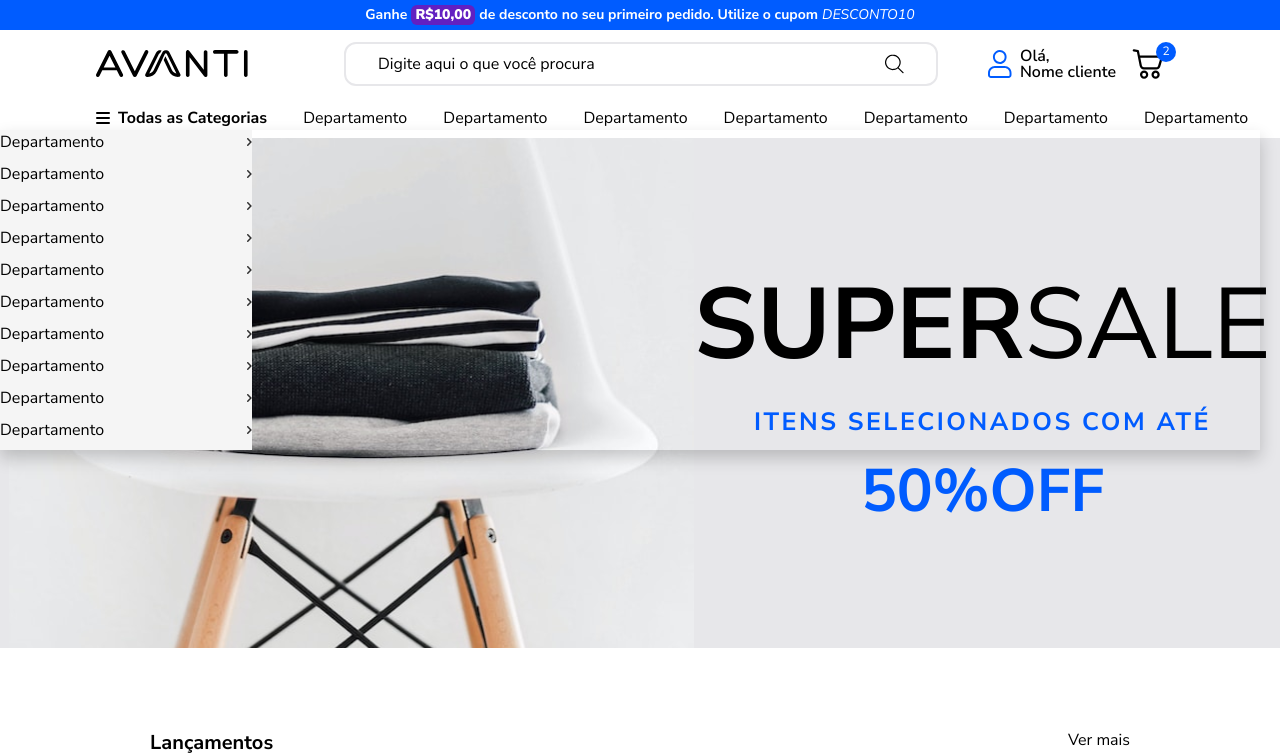
Repository: chidekina/avanti-01
Page: index.html
The author's editor kept a copy of each file at every save. The page is drawn from the files as they stood at one save, then again after a run of saves.
The browser window is 1280 px wide. The pictures show the part of the page from y = 0 to 754 px (the page is 4120 px tall).
A picture or video elsewhere on the page could not be fetched, so the positions and the page height are approximate.

Above is the page before, as saved 2025-04-11 20:02:24.

### index.html
<!DOCTYPE html>
<html lang="en">
  <head>
    <meta charset="UTF-8" />
    <meta name="viewport" content="width=device-width, initial-scale=1.0" />
    <script src="https://cdn.jsdelivr.net/npm/@tailwindcss/browser@4"></script>
    <link rel="preconnect" href="https://fonts.googleapis.com" />
    <link rel="preconnect" href="https://fonts.gstatic.com" crossorigin />
    <link href="https://fonts.googleapis.com/css2?family=Nunito+Sans:ital,opsz,wght@0,6..12,200..1000;1,6..12,200..1000&family=Nunito:ital,wght@0,200..1000;1,200..1000&display=swap" rel="stylesheet" />
    <title>Avanti</title>
    <link rel="icon" type="image" href="./assets/avanti-icon.svg" />
    <link rel="stylesheet" href="style.css" />
    <link rel="stylesheet" href="https://cdn.jsdelivr.net/npm/swiper/swiper-bundle.min.css">
  </head>
  <body>
    <header class="mb-2">
      <h1 class="flex justify-center items-center bg-(--primary-color) text-white text-sm h-[30px] font-bold">
        Ganhe
        <b class="flex justify-center mx-1 bg-(--secondary-color) heigth-[16px] w-[64px] rounded-md">R$10,00</b>
        de desconto no seu primeiro pedido. Utilize o cupom
        <i class="font-normal ml-1">DESCONTO10</i>
      </h1>
      <div class="mt-3 mb-5 px-24 flex justify-between w-full">
        <div class="flex gap-24">
          <img src="./assets/logo.svg" alt="Avanti Logo" class="w-[152px]" />
          <label>
            <div class="flex justify-between py-2 border-2 border-solid border-(--bg-color) px-8 rounded-xl cursor-text w-[594px]">
              <input type="text" placeholder="Digite aqui o que você procura" class="placeholder-black outline-none focus:placeholder-transparent w-1/2" />
              <img src="./assets/search.svg" />
            </div>
          </label>
        </div>
        <div class="flex gap-4">
          <div class="flex gap-2 items-center">
            <img src="./assets/user.svg" alt="icone do usuario" class="w-[24px]" />
            <h6 class="leading-none font-semibold">
              Olá,<br />
              Nome cliente
            </h6>
          </div>
          <div class="flex">
            <img src="./assets/cart.svg" alt="imagem de um carrinho de compras" class="w-[32px]" />
            <div class="relative bg-(--primary-color) w-[20px] h-[20px] text-center text-white text-[12px] rounded-full right-2">2</div>
          </div>
        </div>
      </div>
      <div class="flex px-24 w-full">
        <ul class="flex gap-9">
          <li>
          <a href="#">
            <div class="flex gap-2 w-max">
              <img src="./assets/menu-hamburger.svg" alt="menu hamburguer" />
              <h5 class="font-bold" id="menu-button w-fit">Todas as Categorias</h5>
            </div>
          </a>
        </li>
        <li>
          <a href="#"> Departamento </a>
        </li>
        <li>
          <a href="#"> Departamento </a>
        </li>
        <li>
          <a href="#"> Departamento </a>
        </li>
        <li>
          <a href="#"> Departamento </a>
        </li>
        <li>
          <a href="#"> Departamento </a>
        </li>
        <li>
          <a href="#"> Departamento </a>
        </li>
        <li>
          <a href="#"> Departamento </a>
        </li>
        </ul>
      </div>
      <div class="flex w-[1260px] h-[320px]" id="dropdown-content">
        <ul class="flex flex-col gap-2 bg-(--bg-lighter) overflow-y-scroll w-1/5" id="categories-list">
        </ul>
      </div>
    </header>
    <main>
      <section class="flex justify-center items-center w-full height-[510px] bg-(--bg-color) font-(--font-secondary)">
        <img src="./assets/chair.svg" alt="Foto de uma cadeira com roupas dobradas em cima" />
        <div class="flex flex-col gap-1 text-center">
          <h1 class="text-[100px]"><b>SUPER</b>SALE</h1>
          <h4 class="text-[25px] text-(--primary-color) font-bold tracking-widest">ITENS SELECIONADOS COM ATÉ</h4>
          <h4 class="text-[60px] text-(--primary-color) font-bold">50%OFF</h4>
        </div>
      </section>
<carousel-section></carousel-section>
      </section>
  <description-section></description-section>
  <section class="flex w-full bg-(--bg-light) px-[200px] py-[42px] font-(--font-secondary) my-[40px]">
    <div class="text-center text-(--text-color) w-1/2 mr-5">
      <h1 class="text-[30px] font-bold mb-10">
        Lorem ipsum
      </h1>
      <ul class="flex flex-col text-start gap-15">
        <li class="flex gap-6">
          <img src="./assets/pin.svg">
          <p>
            Aenean massa. Cum sociis natoque penatibus et magnis dis parturient montes, nascetur ridiculus mus. Donec quam felis, ultricies nec, pellentesque eu, pretium quis, sem.
          </p>
        </li>
        <li class="flex gap-6">
          <img src="./assets/pin.svg">
          <p>
            Aenean massa. Cum sociis natoque penatibus et magnis dis parturient montes, nascetur ridiculus mus. Donec quam felis, ultricies nec, pellentesque eu, pretium quis, sem.
          </p>
        </li>
        <li class="flex gap-6">
          <img src="./assets/pin.svg">
          <p>
            Aenean massa. Cum sociis natoque penatibus et magnis dis parturient montes, nascetur ridiculus mus. Donec quam felis, ultricies nec, pellentesque eu, pretium quis, sem.
          </p>
        </li>
      </ul>
    </div>
    <img src="./assets/banner.svg" alt="Foto da caneca da Avanti sobre uma tabua de vegetais" class="w-1/2">
  </section>
  <section>
  <description-section></description-section>
  <carousel-section></carousel-section>

  </section>
  <section>
    <img src="./assets/banner2.svg" alt="Foto da entrada da loja da Avanti" />
    <div class="absolute h-[126px] bg-(--primary-color) w-full bottom-[-3080px] text-white text-[30px] font-(--font-secondary)">
      <h1 class="flex justify-center h-full items-center">Entre em contato conosco e verifique a disponibilidade para sua região!</h1>
    </div>
  </section>
  <section class="flex flex-col my-[50px] gap-6 items-center">
    <h2 class="font-bold text-center text-[20px]">
      Cadastre-se na nossa <b class="text-(--primary-color)">newsletter</b>
    </h2>
    <div class="flex w-[1260px] h-[170px] items-center justify-center bg-(--bg-light) rounded-lg gap-6">
      <input type="text" placeholder="Digite seu nome" class="outline-none rounded-lg bg-white placeholder:text-black w-[260px] h-[48px] focus:placeholder-transparent pl-4"/>
      <input type="text" placeholder="Digite seu e-mail" class="outline-none rounded-lg bg-white placeholder:text-black w-[260px] h-[48px] focus:placeholder-transparent pl-4"/>
      <div class="flex gap-1">
      <input type="checkbox" />
      <h5 class="text-[#656565] text-[12px] font-bold">Estou de acordo com a <a href="#" class="underline">Política de Privacidade</a></h5>
    </div>
    </div>
  </section>
  <section class="text-center px-[200px] py-[64px] bg-(--bg-lighter)">
    <div class="flex justify-around mb-10">
    <div class="flex flex-col gap-5">
      <img src="./assets/logo.svg" alt="Logo Avanti" />
      <ul class="flex gap-5 justify-around items-center">
        <li>
          <a href="#">
            <img src="./assets/social-links/instagram.svg" alt="Logo do instagram" />
          </a>
        </li>
        <li>
          <a href="#">
            <img src="./assets/social-links/facebook.svg" alt="Logo do instagram" />
          </a>
        </li>
        <li>
          <a href="#">
            <img src="./assets/social-links/youtube.svg" alt="Logo do instagram" />
          </a>
        </li>
        <li>
          <a href="#">
            <img src="./assets/social-links/tiktok.svg" alt="Logo do instagram" />
          </a>
        </li>
      </ul>
    </div>
    <ul class="flex flex-col gap-4">
      <li class="font-bold">
        <a href="">
          Institucional
        </a>
      </li>
      <li>
        <a href="">
          Sobre Nós
        </a>
      </li>
      <li>
        <a href="">
          Nossas lojas
        </a>
      </li>
      <li>
        <a href="">
          Privacidade e Segurança
        </a>
      </li>
      <li>
        <a href="">
          Termos e condições
        </a>
      </li>
    </ul>
    <ul class="flex flex-col gap-4">
      <li class="font-bold">
        <a href="">
          Central de ajuda
        </a>
      </li>
      <li>
        <a href="">
          Fale Conosco
        </a>
      </li>
      <li>
        <a href="">
          Frete e Entrega
        </a>
      </li>
      <li>
        <a href="">
          Trocas e Devoluções
        </a>
      </li>
      <li>
        <a href="">
          Formas de Pagamento
        </a>
      </li>
      <li>
        <a href="">
          FAQ
        </a>
      </li>
    </ul>
    <ul class="flex flex-col gap-4">
      <li class="font-bold">
          Atendimento
      </li>
      <li>
         <b>Telefone:</b> (00) 1234-5678
      </li>
      <li>
        <b>E-mail:</b> exemplo@exemplo.com.br
      </li>
      <li>
        <b>Horário de atendimento:</b><br>
          Segunda a Sábado: 07h00 às 23h00<br>
          Domingos e Feriados:  07h00 às 21h00
      </li>
    </ul>
  </div>
<div>
<ul class="flex gap-10 justify-center">
  <li>
    <img src="./assets/payments/amex.svg" alt="Logo Amex" />
  </li>
  <li>
    <img src="./assets/payments/mastercard.svg" alt="Logo Mastercard" />
  </li>
  <li>
    <img src="./assets/payments/visa.svg" alt="Logo Visa" />
  </li>
  <li>
    <img src="./assets/payments/hipercard.svg" alt="Logo Hipercard" />
  </li>
  <li>
    <img src="./assets/payments/elo.svg" alt="Logo Elo" />
  </li>
  <li>
    <img src="./assets/payments/dinners.svg" alt="Logo Dinners" />
  </li>
  <li>
    <img src="./assets/payments/paypal.svg" alt="Logo Paypal" />
  </li>
  <li>
    <img src="./assets/payments/pix.svg" alt="Logo Pix" />
  </li>
  <li>
    <img src="./assets/payments/boleto.svg" alt="Logo Boleto" />
  </li>
</ul>
</div>
  </section>
    </main>
    <footer class="flex flex-col gap-5 my-10">
      <div class="flex flex-col text-center justify-center items-center">
        <p class="w-[1000px] text-[12px]">
          Lorem ipsum dolor sit amet, consectetuer adipiscing elit, sed diam nonummy nibh euismod tincidunt ut laoreet dolore magna aliquam erat volutpat. Ut wisi enim ad minim veniam, quis nostrud exerci tation ullamcorper suscipit lobortis nisl ut aliquip ex ea commodo consequat. Duis autem vel eum iriure dolor in hendrerit in vulputate velit esse molestie consequat, vel illum dolore eu feugiat nulla facilisis at vero eros et accumsan et iusto odio dignissim qui blandit praesent luptatum zzril delenit augue duis dolore te feugait nulla facilisi.
        </p>
      </div>
        <ul class="flex justify-center gap-10">
          <li>
            <img src="./assets/logos/encrypt-logo.svg" alt="Logo da Lets Encrypt">
          </li>
          <li>
            <img src="./assets/logos/vtex-pci-logo.svg" alt="Logo da VTEX e da PCI certified">
          </li>
          <li>
            <img src="./assets/logo.svg" alt="Logo da Avanti">
          </li>
          <li>
            <img src="./assets/logos/vtex-logo.svg" alt="Logo da VTEX">
          </li>
        </ul>
      </footer>
    <script src="https://cdn.jsdelivr.net/npm/swiper/swiper-bundle.min.js"></script>
    <script src="app.js"></script>
  </body>
</html>

### style.css
:root {
    font-family: "Nunito Sans", sans-serif;
    --primary-color: #005CFF;
    --secondary-color: #6220C1;
    --text-color: #4F4F4F;
    --bg-color: #E7E7EA;
    --bg-dark: #C2C2C2;
    --bg-light: #DEDEDE;
    --bg-lighter: #F5F5F5;
    --font-secondary: "Nunito", sans-serif;
}

#dropdown-content {
    position: absolute;
    z-index: 1;
    box-shadow: 0px 8px 16px 0px rgba(0,0,0,0.2);
}

### app.js
class Carousel extends HTMLElement {
    constructor() {
      super();
    }

    connectedCallback() {
      this.render();
      this.initSlides();
      this.initSwiper();
    }

    render() {
      this.innerHTML = `
        <section class="py-[80px] px-[150px]">
          <div>
            <div class="flex justify-between mb-4">
              <h3 class="font-bold text-[20px]">Lançamentos</h3>
              <h4>Ver mais</h4>
            </div>
            <div class="swiper">
              <div class="swiper-container">
                <ul class="swiper-wrapper" id="swiper-wrapper"></ul>
                <div class="swiper-button-next"></div>
                <div class="swiper-button-prev"></div>
                <div class="swiper-pagination"></div>
              </div>
            </div>
          </div>
        </section>
      `;
    }

    initSlides() {
      const swiperWrapper = this.querySelector("#swiper-wrapper");

      for (let i = 1; i <= 15; i++) {
        const slide = `
          <li class="swiper-slide border border-[#DDDDDD] py-1 px-1 rounded-md" style="min-width: 200px;">
            <div class="absolute">
              <h6 class="flex justify-center items-center bg-[#00264E] text-white text-[10px] w-[42px] h-[20px] rounded-sm">
                NOVO
              </h6>
            </div>
            <img src="./assets/model.svg" alt="Modelo ${i}" />
            <div class="mt-2">
              <h3 class="text-[#303030] text-[12px] mb-1 leading-none">
                Produto ${i} - Nome do Produto
              </h3>
            </div>
            <div class="flex gap-1">
              <div>
                <h4 class="text-[#303030] text-[10px] line-through leading-none">R$ 100,00</h4>
                <h4 class="text-[14px] font-bold tracking-tight">R$ 79,90</h4>
              </div>
              <div class="flex justify-center items-center bg-[#5EC0BE] text-white underline text-[8px] w-[52px] h-[16px] rounded-sm tracking-tight">
                10% OFF
              </div>
            </div>
            <h6 class="text-[10px]">Ou em até <b>10x de R$ 7,90</b></h6>
            <button class="w-full bg-[#00264E] text-white rounded-md text-[12px] h-[30px]">
              Comprar
            </button>
          </li>
        `;
        swiperWrapper.insertAdjacentHTML("beforeend", slide);
      }
    }

    initSwiper() {
      new Swiper(this.querySelector(".swiper-container"), {
        slidesPerView: 5,
        spaceBetween: 10,
        navigation: {
          nextEl: this.querySelector(".swiper-button-next"),
          prevEl: this.querySelector(".swiper-button-prev"),
        },
        pagination: {
          el: this.querySelector(".swiper-pagination"),
          clickable: true,
        },
      });
    }
  }

  customElements.define("carousel-section", Carousel);

class Description extends HTMLElement {
  connectedCallback() {
    this.innerHTML = `
     <section class="flex px-[200px] gap-5 items-center">
        <div class="flex bg-(--bg-dark) justify-center items-center">
            <img src="./assets/mug.svg" alt="Foto de uma caneca da Avanti" />
        </div>
        <div class="font-(--font-secondary) w-1/2">
            <h1 class="font-bold text-[30px]">
          Lorem Ipsum
            </h1>
            <p class="text-[12px]">
                Duis consectetur metus nec lacus auctor dignissim. Mauris vitae finibus dui. Mauris laoreet lacus ut eleifend viverra. Cras efficitur volutpat dui, in lobortis metus lacinia sit amet. Sed lacinia pharetra magna, vel pulvinar ligula hendrerit a. Maecenas fringilla porttitor tortor eget lacinia. Donec sollicitudin euismod orci, auctor fringilla magna consequat interdum. Fusce sagittis elit a libero commodo egestas efficitur id augue.<br></br>
                Duis consectetur metus nec lacus auctor dignissim. Mauris vitae finibus dui. Mauris laoreet lacus ut eleifend viverra. Cras efficitur volutpat dui, in lobortis metus lacinia sit amet. Sed lacinia pharetra magna, vel pulvinar ligula hendrerit a. Maecenas fringilla porttitor tortor eget lacinia. Donec sollicitudin euismod orci, auctor fringilla magna consequat interdum. Fusce sagittis elit a libero commodo egestas efficitur id augue.
            </p>
        </div>
        </section>
        `;
  }
};

customElements.define("description-section", Description);

const categories = document.getElementById('categories-list'); // Removed the '#' symbol

for (let i = 1; i <= 15; i++) {
  const li = document.createElement('li');
  li.className = 'flex justify-between';
  li.innerHTML = `
    <p>Departamento</p>
    <img src="./assets/arrow.svg" alt="imagem de flecha" />
  `;
  categories.appendChild(li); // Append instead of overwriting
}

After the next 3 saves:
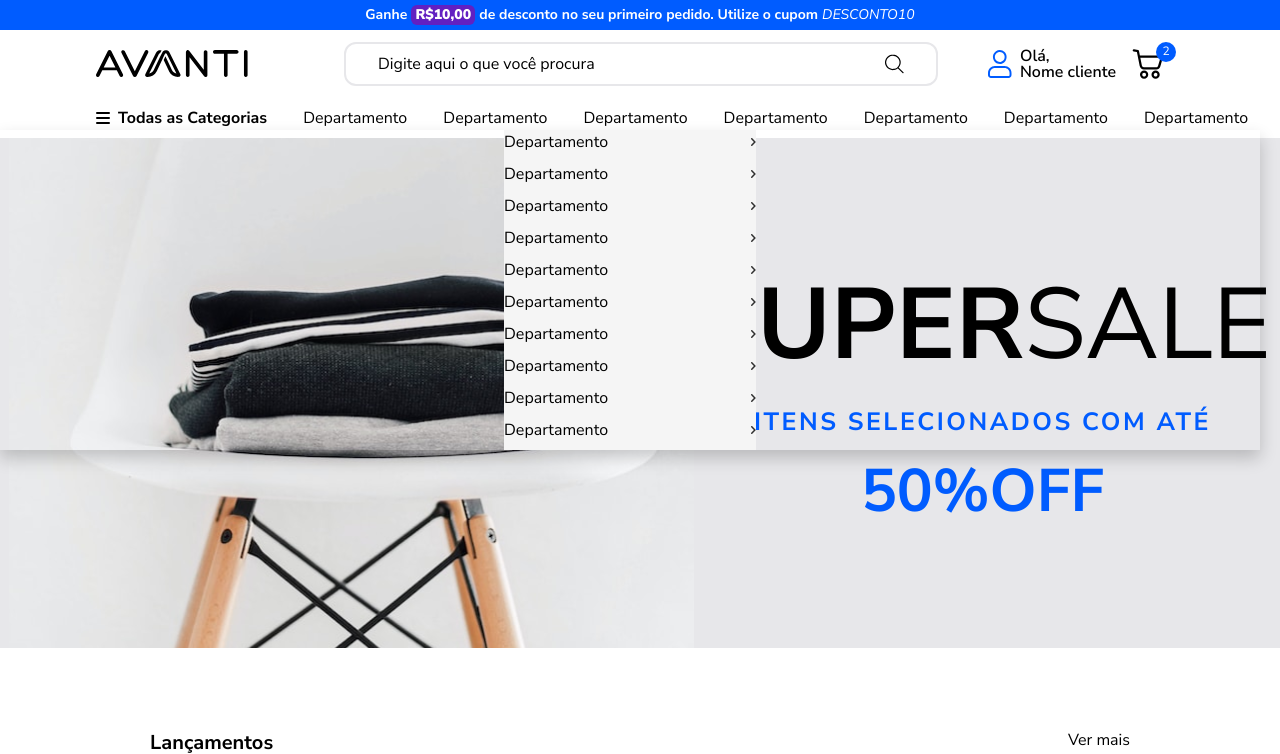
The 3 saves are shown as one change because they came seconds apart.
The last was saved 25 s later.
--- a/index.html
+++ b/index.html
@@ -77,7 +77,7 @@
         </li>
         </ul>
       </div>
-      <div class="flex w-[1260px] h-[320px]" id="dropdown-content">
+      <div class="flex justify-center w-[1260px] h-[320px]" id="dropdown-content">
         <ul class="flex flex-col gap-2 bg-(--bg-lighter) overflow-y-scroll w-1/5" id="categories-list">
         </ul>
       </div>

After the save that followed:
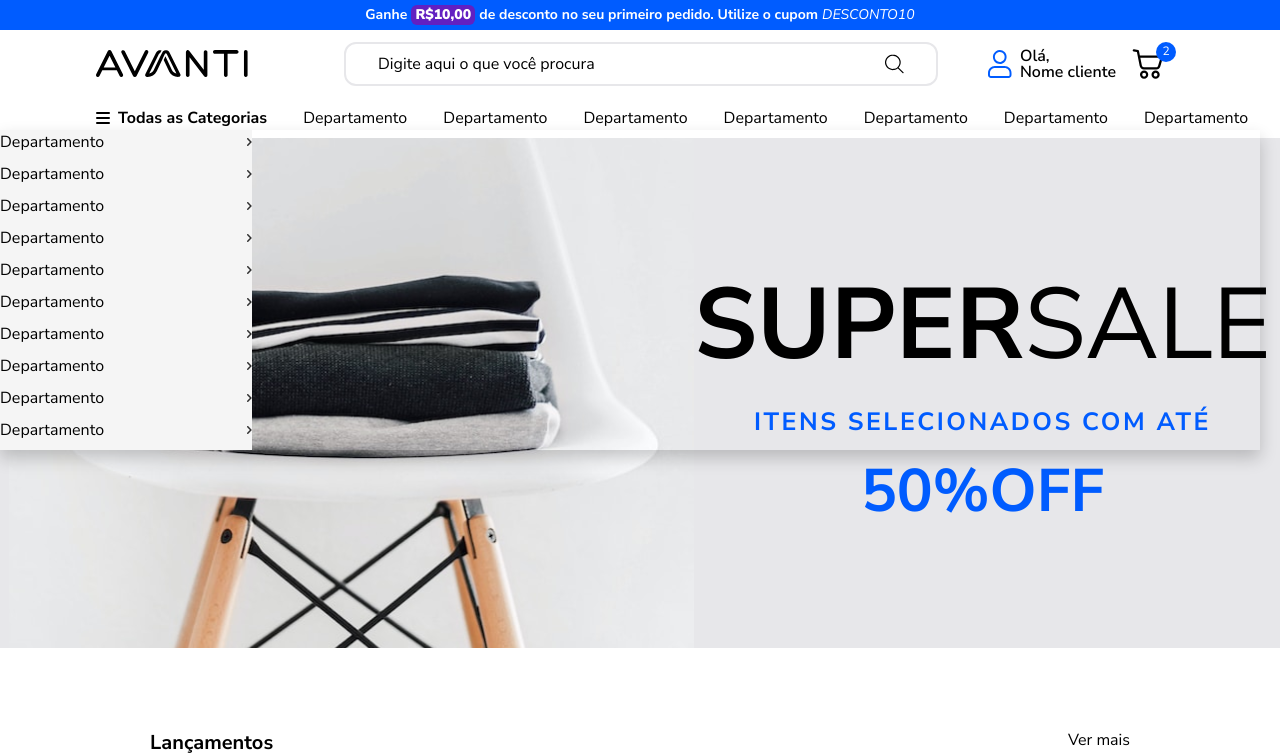
Saved 7 s later.
--- a/index.html
+++ b/index.html
@@ -77,7 +77,7 @@
         </li>
         </ul>
       </div>
-      <div class="flex justify-center w-[1260px] h-[320px]" id="dropdown-content">
+      <div class="flex justi w-[1260px] h-[320px]" id="dropdown-content">
         <ul class="flex flex-col gap-2 bg-(--bg-lighter) overflow-y-scroll w-1/5" id="categories-list">
         </ul>
       </div>
